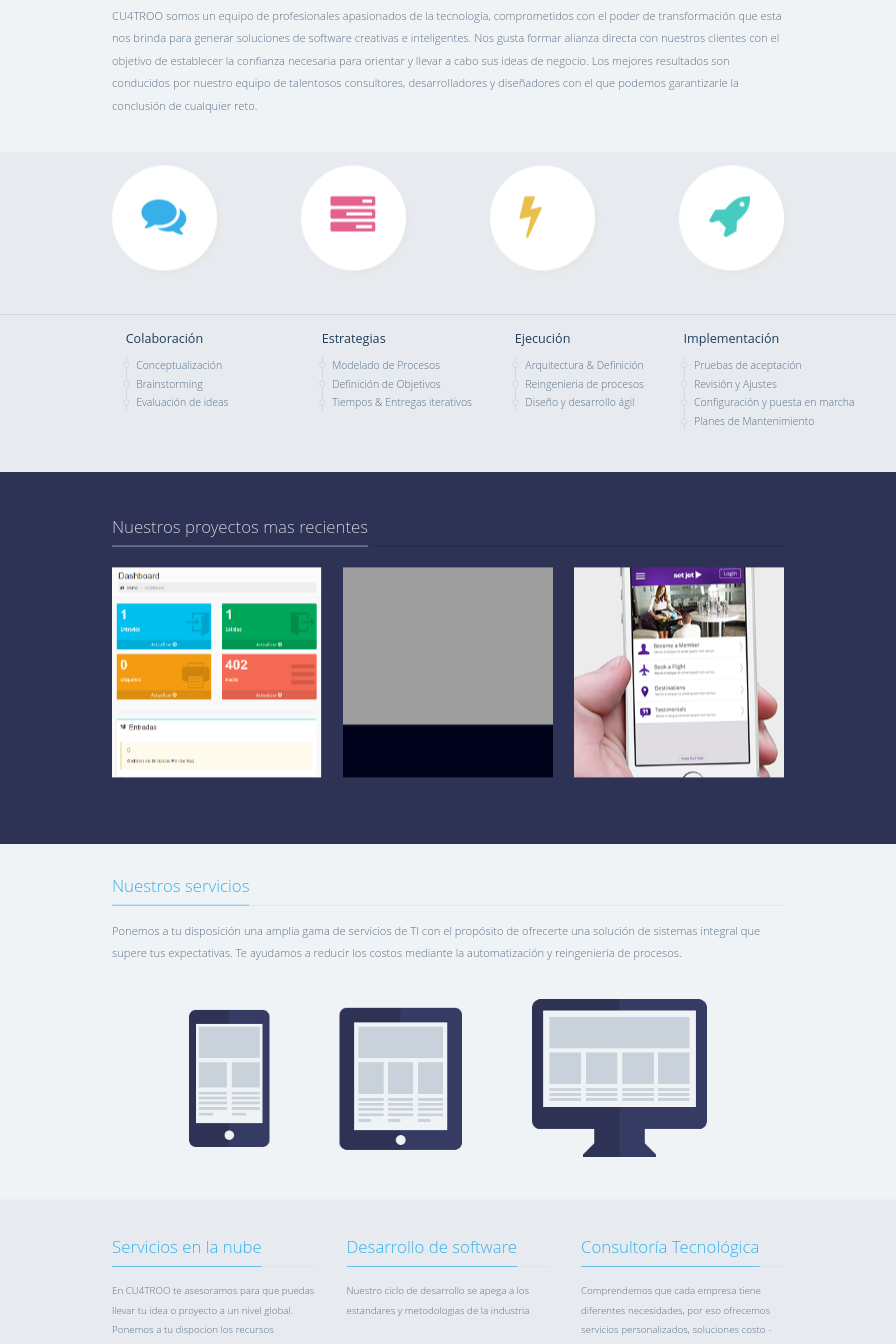
Repository: cuatroo/website
Page: index.html
The author's editor kept a record of every edit. The page is drawn from the files as they stood at one moment, then again after the next edit.
The browser window is 1280 px wide. The pictures show the part of the page from y = 601 to 2521 px (the page is 2963 px tall), at 70% of full size.
Pictures or frames that could not be fetched are drawn as grey boxes. Some web libraries are served in a nearby version.

Above is the page before.
Console error (its wording comes from the project's code and is left out).

After the next edit:
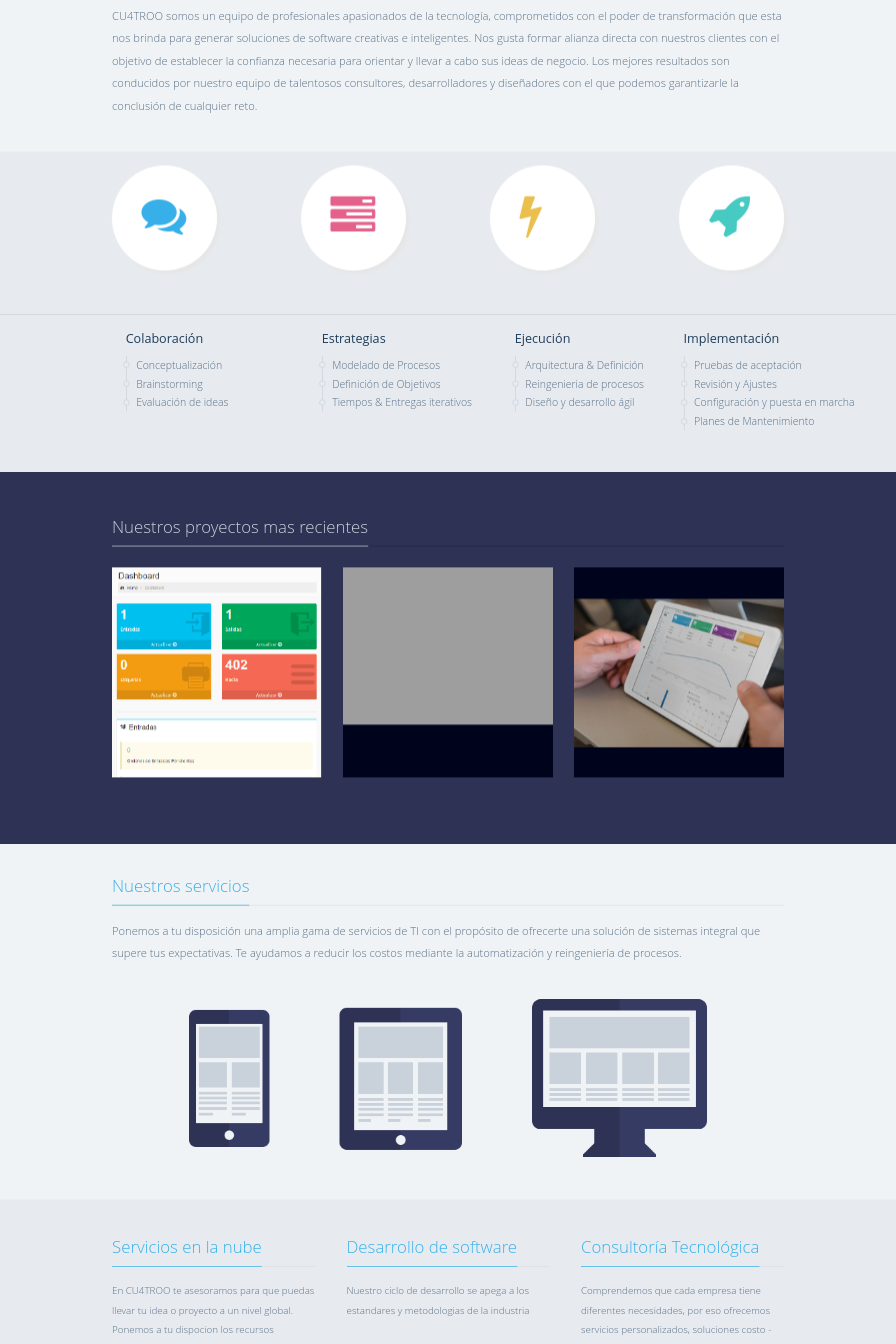
The edit:
--- a/index.html
+++ b/index.html
@@ -175,8 +175,8 @@
                                 </div>
 
 
-		        				<div class="shotWrapper" data-img="assets/img/setjet.png">
-		        					<div class="shot" style="background: url(assets/img/setjet_preview.png)">
+		        				<div class="shotWrapper" data-img="assets/img/negocio-cloud.jpg">
+		        					<div class="shot" style="background: url(assets/img/negocio_cloud_preview.jpg);background-size: initial !important;background-position-x: -200px;background-position-y: 45px;">
 		        						<div class="overlay">
 		        							<div class="contentContainer">
 		        								<header>
